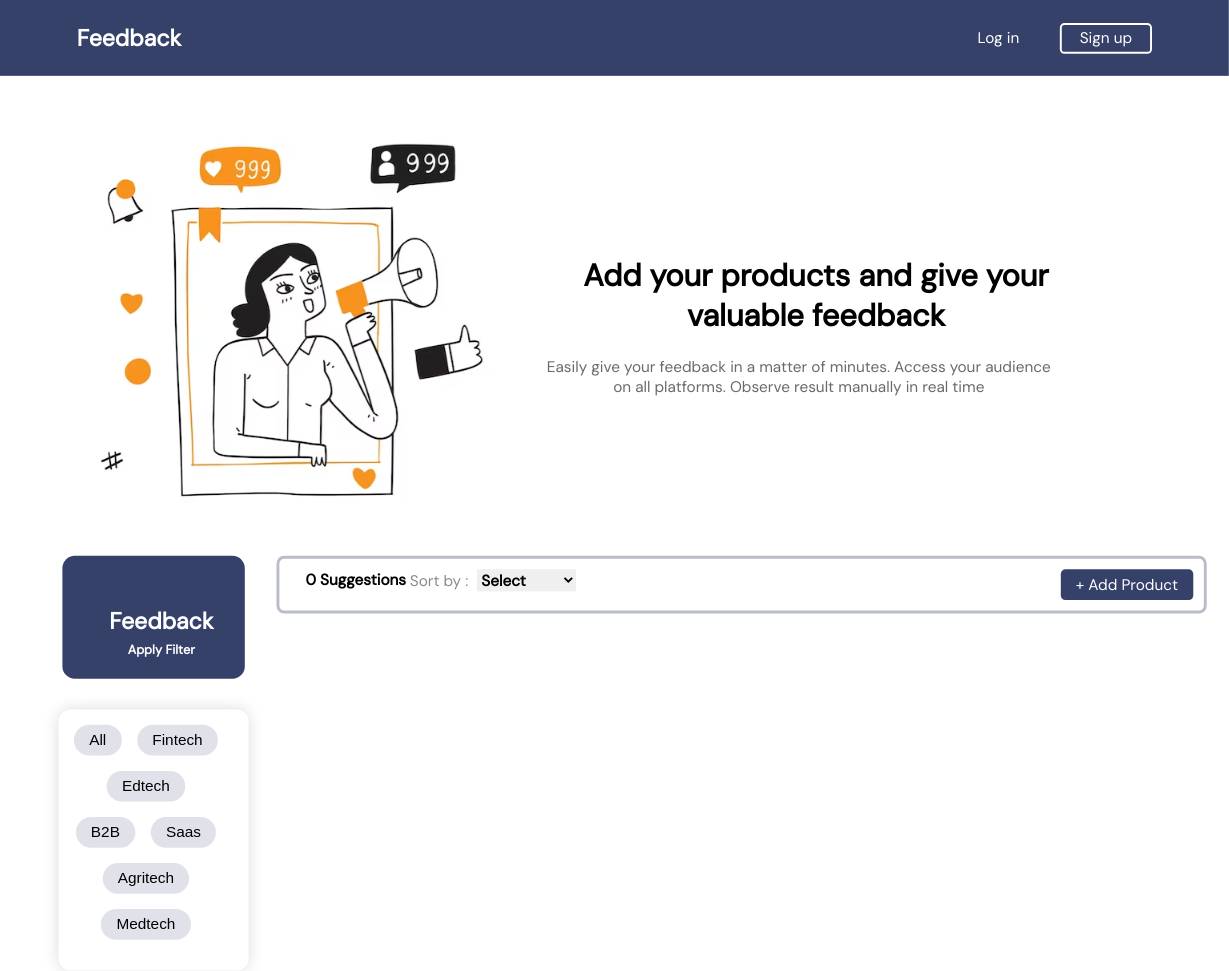
Repository: drumsmanku/final-evaluation-test
Page: / (app in client/)
An editor plug-in stored every save of this project. The page is shown before and after the next save, followed by the edit.
The browser window is 1280 px wide. The pictures show the whole page, at 96% of full size.
The page's requests for data from a server got no answer. The project was rebuilt for these pictures with package versions that can differ from the ones it lists, and the page was loaded fresh each time. No one was signed in, and anything a server would have sent is missing. Also part of the build but not shown: client/src/CSS/LoginPopUp.css, client/src/Components/LoginPopUp.js, client/src/CSS/SignupPopUp.css, client/src/Components/SignupPopUp.js, client/src/CSS/AddProductPopUp.css, client/src/Components/AddProductPopUp.js, client/src/Components/CommentsSection.js, client/src/CSS/SignUp.css and 3 more.

Above is the page before, as saved 2023-08-01 00:47:19.

### client/src/App.js
import './App.css';
import { BrowserRouter as Router, Route, Routes} from 'react-router-dom';
import MainPage from './Components/MainPage';
import SignUp from './Components/SignUp';
import Login from './Components/Login';
function App() {
  return (
    <div className="App">
      <Router>
        <Routes>
          <Route path='/' element={<MainPage/>}/>
          <Route path='/signup' element={<SignUp/>}/>
          <Route path='/login' element={<Login/>}/>
        </Routes>
      </Router>
    </div>
  );
}

export default App;

### client/src/Components/MainPage.js
import React, {useState, useEffect, useMemo} from 'react';
import '../CSS/MainPage.css';
import profile from'../Assets/profilepic.webp';
import img1 from '../Assets/frontphoto.png';
import axios from 'axios';
import comments from '../Assets/comments.png';
import { useNavigate } from 'react-router-dom';
import LoginPopUp from './LoginPopUp';
import SignupPopUp from './SignupPopUp';
import AddProductPopUp from './AddProductPopUp';
import CommentsSection from './CommentsSection';
import upvote from '../Assets/upvote.png';
import comment1 from '../Assets/comment1.png';

const buttonTitles=['All', 'Fintech', 'Edtech', 'B2B', 'Saas', 'Agritech', 'Medtech'];
const buttonStyles={
  padding:'0.2rem 1rem 0.2rem 1rem',
  backgroundColor:'#36416A26',
  fontSize:'medium',
  borderRadius:'1rem',
  border:'none',
  margin:'0 1rem 1rem 0',
  height:'2rem',
  textAlign:'center',
}
const productCardsStyles={
  padding:'1rem',

  width:'98%',
  marginBottom:'1rem',
  display: 'flex',
  borderRadius:'0.5rem'
}
const tagStyles={
  paddingRight:'1.3em',
  paddingLeft:'1.3em',
  backgroundColor:'#C0CEFF',
  fontSize:'small',
  borderRadius:'1rem',
  border:'none',
  height:'1.5rem',
  textAlign:'center',
  display:'flex',
  alignItems:'center',
  marginRight:'1rem',
}

function MainPage() {
  const navigate =useNavigate()
  const [categorySet, setCategorySet]=useState([]);
  const [user, setUser] = useState(localStorage.getItem('user'));
  const [isLoggedIn, setIsLoggedIn]=useState(false);
  const [products, setProdcts]=useState([]);
  const [showLoginModal, setShowLoginModal] = useState(false);
  const [showSignupModal, setShowSignupModal] = useState(false);
  const [showAddModal, setShowAddModal] = useState(false);
  const [isVisible, setIsVisible] = useState(false);
  const [commentProductId, setCommentProductId] = useState(null);
  const [commentsLength, setCommentsLength]=useState(0);
  const [productCounts, setProductCounts] = useState({});
  const [upvotes, setUpvotes]=useState(0);
  const [sortOption, setSortOption] = useState('Select');


  useEffect(()=>{
    const User=localStorage.getItem('user');
    if(User){
      setIsLoggedIn(true);
    }

  }, []);




  const handleLogin = () => {
    setShowLoginModal(true);
  };
  const handleSignup = () => {
    setShowSignupModal(true);
  };
  const handleAdd = () => {
    if (isLoggedIn) {
      setShowAddModal(true);
    } else {
      setShowSignupModal(true);
    }
  };

  const handleShowComments = (productId) => {
    setCommentProductId(productId);
  };
  const handleLogout=()=>{
    localStorage.removeItem('user');
    setIsLoggedIn(false);
    navigate('/login');
  }
  const handleCategoryClick=(event)=>{
    const currentCat=event.target.value;
    if(!categorySet.includes(currentCat)){
      setCategorySet([...categorySet, event.target.value]);
      event.target.style.backgroundColor="#36416A"
    }
    else{
      setCategorySet(categorySet.filter(cat=>cat!=currentCat))
      event.target.style.backgroundColor="#36416A26"
    }

  }

  useEffect(()=>{
    const category=categorySet
    axios.get(`http://localhost:4000/get-prods?category=${category.join(',')}`)
    .then((res)=>{setProdcts(res.data.products);console.log(res.data.products)})
    .catch(err=>console.log(err))

  }, [categorySet]);

  const handleUpvotes=(prodId, event)=>{

    axios.post('http://localhost:4000/add-upvote', {
      productId: prodId,
      upvoteCount:1,
    })
    .then(window.location.reload())
    .catch(err=>console.log(err))
  }

  const sortedProducts = useMemo(() => {
    if (sortOption === 'upvotes') {
      return [...products].sort((a, b) => (b.upvoteCount || 0) - (a.upvoteCount || 0));
    } else if (sortOption === 'comments') {
      return [...products].sort((a, b) => (b.commentsCount || 0) - (a.commentsCount || 0));
    }
    return products;
  }, [products, sortOption]);



  return (
    <div className='main-container'>
      <div className="main-top-container">
        <div className='navbar' >
          <div style={{display:'flex',width:'100%', justifyContent:' space-between', alignItems:'center',}}>
          <h3 style={{marginLeft:'5rem', color:'white', fontSize:'1.5rem'}}>Feedback</h3>
          <div style={{display:'flex', marginRight:'5rem'}}>
              {isLoggedIn ? (
                <>
                  <button style={{background:'none', fontSize:'large', border:'none', fontFamily:'DM Sans', color:'white'}} onClick={handleLogout}>Logout</button>
                  <span style={{color:'white', fontFamily:'DM Sans', fontSize:'large', display:'flex', alignItems:'center', marginLeft:'1rem'}}>Hello! {user}</span>
                  <img src={profile} alt="" height={50} width={50} style={{borderRadius:'100%', marginLeft:'1rem'}} />
                </>
              ) : (
                <>
                   <button className="btn-main-page-login" type="submit" onClick={()=>{navigate('/login')}}>
                    Log in
                  </button>
                  <button type='submit'  className='btn-main-page-register' onClick={()=>{navigate('/signup')}} >Sign up</button>
                </>
              )}



            </div>
          </div>
        </div>
        <div className="title-desc">
          <img src={img1} alt="" height={500} style={{marginLeft:'3rem'}}/>
          <div className='both-texts' style={{display:'flex', flexDirection:'column', marginLeft:'2rem'}}>
              <h1 className='main-heading' style={{maxWidth:'80%'}}> Add your products and give your valuable feedback</h1>
              <span style={{maxWidth:'75%', color:'#6A6A6A'}}>Easily give your feedback in a matter of minutes. Access your audience on all platforms. Observe result manually in real time</span>
          </div>
        </div>
      </div>
      <div className="main-bottom-container">
        <div className="bottom-left">
          <article className='apply-filter' style={{backgroundColor:'#36416A', width:'74%', color:'white', paddingTop:'2rem', borderRadius:'0.8rem', marginBottom:'2rem'}}>
            <h2 style={{marginBottom:'0.4rem',marginLeft:'1rem'}}>Feedback</h2>
            <h5 style={{marginTop:0, marginLeft:'1rem'}}>Apply Filter</h5>
          </article>
          <article className='mapped-cats'style={{width:'65%', borderRadius:'0.8rem', padding:'1em', boxShadow:'0 0 17px #00000026',}}>
             {buttonTitles.map((title, idx)=>(
              <button value={title} onClick={handleCategoryClick} style={{...buttonStyles}} key={idx}>{title}</button>
             ))}
          </article>
        </div>
        <div className="bottom-right">
          <div className='bottom-top-right'>
            <div style={{display:'flex', width:'30%', justifyContent:'space-between',marginLeft:'1rem'}}>
              <span className='suggestions' style={{ fontWeight:'bold', }}>{products.length} Suggestions</span>
              <span>
                <label style={{ fontSize: 'medium', color: '#8B8B8B', marginRight:'0.6rem' }} htmlFor="sort">Sort by :</label>
                <select className='select' style={{border:'none', outline:'none', fontFamily:'DM Sans', fontSize:'medium', fontWeight:'bold'}} value={sortOption} onChange={(e) => setSortOption(e.target.value)}>
                  <option value="Select">Select</option>
                  <option value="upvotes">Upvotes</option>
                  <option value="comments">Comments</option>
                </select>
              </span>
            </div>
            <button className='add-product-button' onClick={handleAdd}>+ Add Product</button>
          </div>
          {showLoginModal && <LoginPopUp closeModal={() => setShowLoginModal(false)} showLoginModal={showLoginModal} setShowSignupModal={setShowSignupModal} />}
          {showSignupModal && (
              <SignupPopUp
                closeModal={() => setShowSignupModal(false)}
                showSignupModal={showSignupModal}
                setShowLoginModal={setShowLoginModal}
              />
            )}
          {isLoggedIn ? (
            showAddModal && (
              <AddProductPopUp
                closeModal={() => setShowAddModal(false)}
                showAddModal={showAddModal}
              />
            )
          ) : (
            showSignupModal && (
              <SignupPopUp
                closeModal={() => setShowSignupModal(false)}
                showSignupModal={showSignupModal}
                setShowLoginModal={setShowLoginModal}
              />
            )
          )}


          <div className="product-cards">
            {
              sortedProducts.map((product, key)=>(
                <div className='main-card-container-div' style={{display:'flex', flexDirection:'column', backgroundColor:'#36416A26',marginBottom:'1rem',borderRadius:'0.5rem', padding:'0 1rem 0 1rem'}}>
                  <div style={{...productCardsStyles}}>
                    <div className='logo' style={{width:'10%'}}>{product.logoURL}</div>
                    <div style={{display:'flex', justifyContent:'space-between', width:"90%"}}>
                      <div className="card-main-info">
                        <h2 style={{marginTop:0, marginBottom:'0.5rem', color:'#36416A'}}>{product.companyName}</h2>
                        <span style={{marginBottom:'1rem'}}>{product.description}</span>
                        <div style={{display:'flex', width:'40%', justifyContent:'space-between'}}>
                          <div style={{display:'flex'}}>
                            {product.category.map((catTitle, idx)=>(
                              <span style={{...tagStyles}}>{catTitle}</span>
                            ))}
                          </div>
                          <button className='comments-button' onClick={() => handleShowComments(product._id)}> <img style={{marginRight:'0.3rem'}} src={comments} alt="" height={25}  />Comment</button>
                        </div>
                      </div>
                      <div className="upvotes">
                        <div className="upvote-container">
                          <button onClick={()=>{handleUpvotes(product._id)}} style={{background:'none', outline:'none', border:'none', cursor:'pointer'}}><img style={{}} src={upvote} alt="" /></button>
                          <span>{product.upvoteCount || 0}</span>
                        </div>
                        <div className='comments-and-edit' style={{height:'50%', display:'flex', alignItems:"center", width:'230%'}}>
                          {isLoggedIn && (<button className='edit-popup-button' type="submit" style={{ cursor:'pointer'}} >Edit</button>)}
                          <div className="comment-count" style={{}}>
                            {product.commentsCount || 0}
                            <img src={comment1} alt="" height={20} style={{marginLeft:'0.2rem'}} />
                          </div>

                        </div>
                      </div>
                    </div>
                  </div>
                  {commentProductId === product._id && <CommentsSection productId={product._id}   />}
                </div>

              ))
            }
          </div>
        </div>
      </div>
    </div>
  )
}

export default MainPage

### client/src/CSS/MainPage.css
@import url('https://fonts.googleapis.com/css2?family=DM+Sans&display=swap');

body{
  font-family: 'DM Sans';
}
.main-container{
  height: 100vh;
  width: 100vw;
  display: flex;
  flex-direction: column;

}
.main-top-container{
  width: 100%;
}
.btn-main-page-login{
  height: 2rem;
  width: 6rem;
  font-weight: 500;
  font-size: medium ;
  background: none;
  border: none;
  border-radius: 0.3rem;
  margin-left: 1rem;
  margin-bottom:0;
  color: white;
  font-family: 'DM Sans';
  cursor: pointer;
}
.btn-main-page-register{
  height: 2rem;
  width: 6rem;
  font-size: medium;
  font-weight: 500;
  background-color: #36416A;
  border: 2px solid white;
  border-radius: 0.3rem;
  margin-left: 1rem;
  margin-bottom:0;
  color: white;
  font-family: 'DM Sans';
  cursor: pointer;
}
.navbar{
  width: 100%;
  background-color: #36416A;
}
.title-desc{
  width: 100%;
  display: flex;
  align-items: center;
  justify-content: space-around;

}
.bottom-left{
  width: 20%;
  display: flex;
  flex-direction: column;
  align-items: center;
  margin-left: 2rem;

}
.bottom-right{
  width: 75%;
}
.main-bottom-container{
  width:100%;
  display: flex;
}
.bottom-top-right{
  width: 98%;
  display: flex;
  justify-content: space-between;
  border: 3px solid #36416A59;
  padding: 0.7rem;
  border-radius: 0.5rem;

}
.add-product-button{
  height: 2rem;
  font-size: medium;
  font-weight: 500;
  background-color: #36416A;
  border:none;
  border-radius: 0.3rem;
  margin-left: 1rem;
  margin-bottom:0;
  color: white;
  font-family: 'DM Sans';
  cursor: pointer;
  padding-left: 1em;
  padding-right: 1em;
}
.product-cards{
  width: 100%;
  display: flex;
  padding-top: 2rem;
  flex-direction: column;
}
.card-main-info{
  width: 100%;
  display: flex;
  flex-direction: column;
}
.comments-button{
  color: #ABABAB;
  border: none;
  outline: none;
  background: none;
  font-size: small;
  letter-spacing: 0.1rem;
  display:flex;
  align-items: center;
  cursor: pointer;
}
.upvotes{
  width: 10%;
  display: flex;
  flex-direction: column;
  align-items: center;
  justify-content: space-between;
}
.upvote-container{
  display: flex;
  flex-direction: column;
  justify-content: space-between;
  padding: 0.5rem 0.2rem 0.5rem 0.2rem;
  background-color: #C7CBD6;
  border-radius:1rem;
  align-items: center;
}
.comment-count{
  display: flex;
  align-items: center;

  height: 100%;
  width: 100%;
  margin-left: 1rem;
}
.edit-popup-button{
  padding-left: 1.7rem;
  padding-right: 1.7rem;
  color: white;
  height: 2rem;
  font-size: medium;
  border-radius: 1rem;
  border: none;
  background-color: #36416A;

}
@media (max-width: 768px) {
  .main-container {
    flex-direction: column;
  }
  .title-desc{
    flex-direction: column;
  }
  .both-texts{
    margin-bottom: 2rem;
    padding-left: 4rem;
  }
  .apply-filter{
    display: none;
  }
  .main-heading{
    max-width: 90%;
  }
  .main-bottom-container{
    flex-direction: column;
    justify-content: center;
  }
  .mapped-cats{
    display: flex;
    max-width: 80%;
    width: 100%;
    margin-bottom: 1rem;
    flex-wrap: wrap;
  }
  .bottom-left{
    width: 90%;
    flex-direction: row;
    margin-right: 0;
    padding-left: 1rem;
  }
  .bottom-top-right{
    width: 85vw;
    font-size: small;
    margin-left: 2rem;
  }
  .suggestions{
    width: 100%;
    margin-right: 2rem;
  }
  .product-cards{
    width: 90vw;
  }
  .main-card-container-div{
    width: 90%;
    font-size: small;
    margin-left: 2rem;

  }
  .comments-and-edit{
    display: block;
    flex-wrap: wrap;
  }
  .edit-popup-button{
    font-size: small;
    padding-left: 1rem;
    padding-right: 1rem;
    margin-top: 0.7rem;
  }
}
@media (max-width: 480px) {
  .main-container {
    flex-direction: column;
  }
  .title-desc{
    flex-direction: column;
  }
}

Loaded but not shown: client/public/index.html (common file); client/src/index.js (common file); client/src/index.css (common file); client/src/App.css (common file)

After the next save:
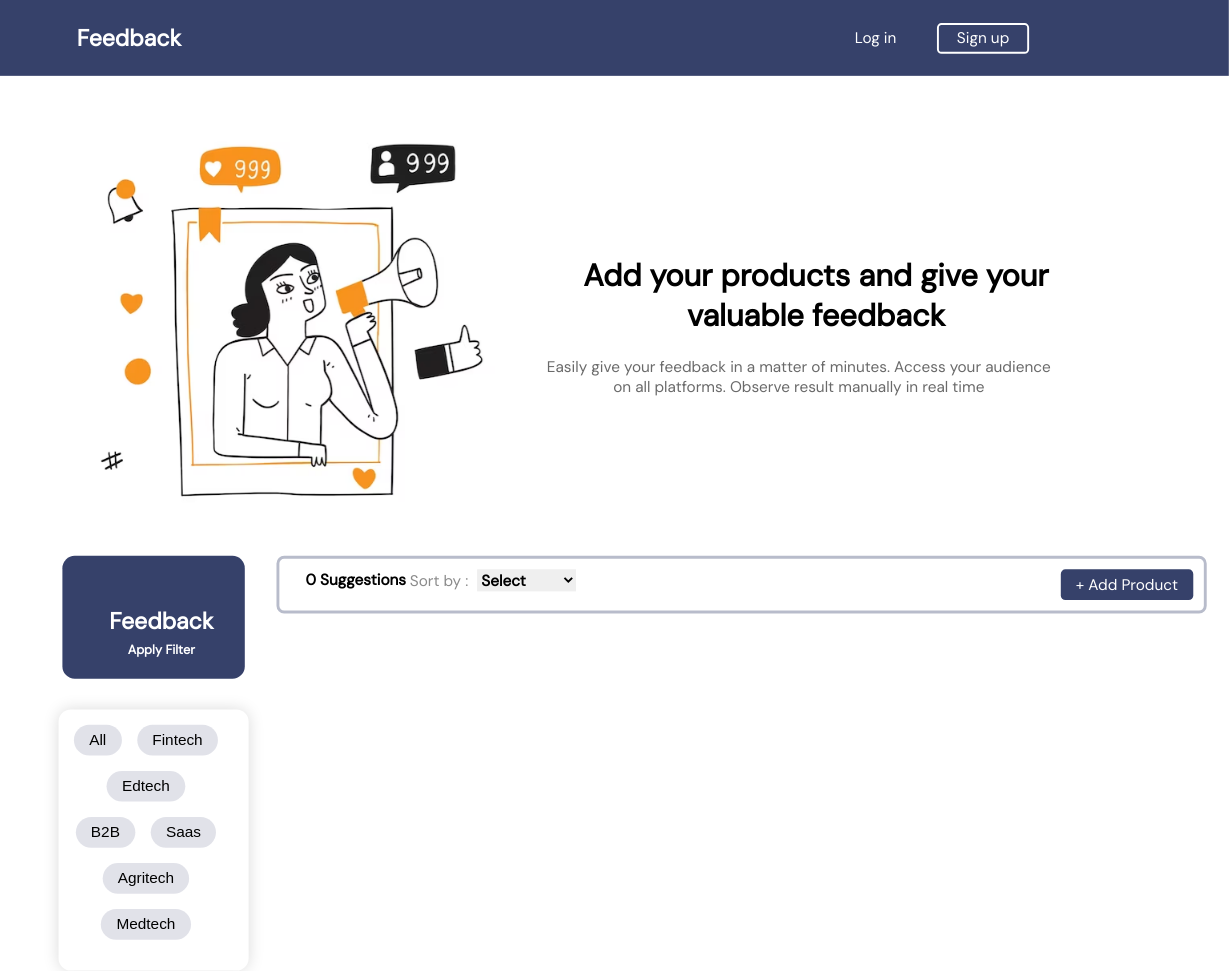
Saved 31 s later.
--- a/client/src/Components/MainPage.js
+++ b/client/src/Components/MainPage.js
@@ -141,7 +141,7 @@ function MainPage() {
     <div className='main-container'>
       <div className="main-top-container">
         <div className='navbar' >
-          <div style={{display:'flex',width:'100%', justifyContent:' space-between', alignItems:'center',}}>
+          <div style={{display:'flex',width:'90%', justifyContent:' space-between', alignItems:'center',}}>
           <h3 style={{marginLeft:'5rem', color:'white', fontSize:'1.5rem'}}>Feedback</h3>
           <div style={{display:'flex', marginRight:'5rem'}}>
               {isLoggedIn ? (

After the save that followed:
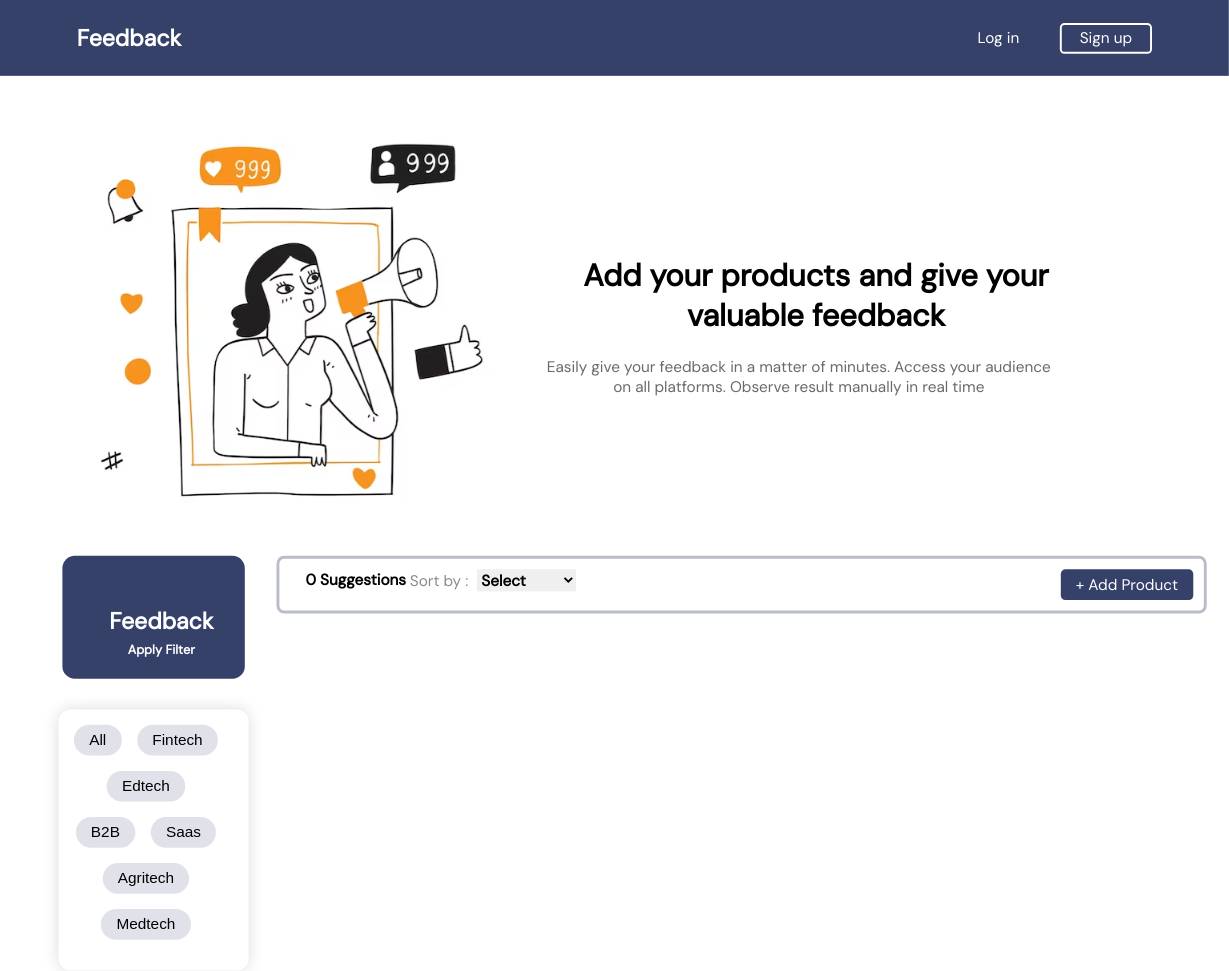
Saved 20 s later.
--- a/client/src/Components/MainPage.js
+++ b/client/src/Components/MainPage.js
@@ -141,7 +141,7 @@ function MainPage() {
     <div className='main-container'>
       <div className="main-top-container">
         <div className='navbar' >
-          <div style={{display:'flex',width:'90%', justifyContent:' space-between', alignItems:'center',}}>
+          <div style={{display:'flex',width:'100%', justifyContent:' space-between', alignItems:'center',}}>
           <h3 style={{marginLeft:'5rem', color:'white', fontSize:'1.5rem'}}>Feedback</h3>
           <div style={{display:'flex', marginRight:'5rem'}}>
               {isLoggedIn ? (
